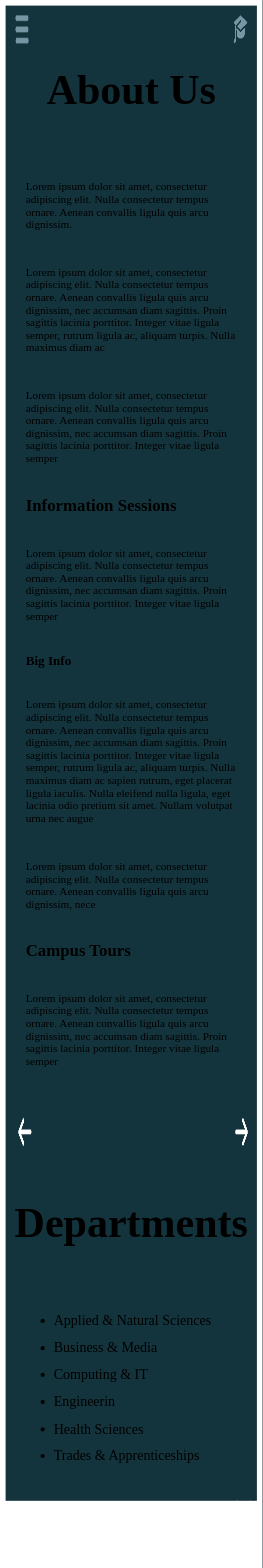
Repository: sierralaurent/MDIA2109-Assignment01
Page: /about
An editor plug-in stored every save of this project. The page is shown before and after the next save, followed by the edit.
The browser window is 375 px wide. The pictures show the part of the page from y = 0 to 2240 px (the page is 2242 px tall before and 3008 px after), at 70% of full size.
The project was rebuilt for these pictures with package versions that can differ from the ones it lists, and the page was loaded fresh each time. The framework's server and built-in components were replaced by stand-ins that run in the browser. Also part of the build but not shown: next.config.js.

Above is the page before, as saved 2023-02-05 12:15:51.

### pages/about.js
import Head from 'next/head'
import Image from 'next/image'
import { Inter } from '@next/font/google'
import styles from '@/styles/About.module.css'
import Link from 'next/link'


export default function About() {
    return (
        <>
        <Head>
        <title>About Us</title>
        <meta name="author" content="MDIA 2109" />
        <meta property="og:title" content="Assignment #1 - About Us Page" />
        <meta property="og:description" content="BCIT Digital Design and Development Diploma" />
        <link rel="icon" href="/favicon.png" />
      </Head>
      <main className={styles.mainABOUT}>
      <div className={styles.nav}>
            <img src="icons/menu-icon.png" className={styles.icon1}/>
            <img src="icons/graduation-hat.png" className={styles.icon2}/>
          </div>
        <div className={styles.About}>
        <h1>About Us</h1>
        </div>
        <div className={styles.infodiv}>
        <div className={styles.info}>
        <p>Lorem ipsum dolor sit amet, consectetur adipiscing elit. Nulla consectetur tempus ornare. Aenean convallis ligula quis arcu dignissim.</p>
        <p>Lorem ipsum dolor sit amet, consectetur adipiscing elit. Nulla consectetur tempus ornare. Aenean convallis ligula quis arcu dignissim, nec accumsan diam sagittis. Proin sagittis lacinia porttitor. Integer vitae ligula semper, rutrum ligula ac, aliquam turpis. Nulla maximus diam ac</p>
        <p>Lorem ipsum dolor sit amet, consectetur adipiscing elit. Nulla consectetur tempus ornare. Aenean convallis ligula quis arcu dignissim, nec accumsan diam sagittis. Proin sagittis lacinia porttitor. Integer vitae ligula semper</p>
        <h2>Information Sessions</h2>
        <p>Lorem ipsum dolor sit amet, consectetur adipiscing elit. Nulla consectetur tempus ornare. Aenean convallis ligula quis arcu dignissim, nec accumsan diam sagittis. Proin sagittis lacinia porttitor. Integer vitae ligula semper</p>
        <h3>Big Info</h3>
        <p>Lorem ipsum dolor sit amet, consectetur adipiscing elit. Nulla consectetur tempus ornare. Aenean convallis ligula quis arcu dignissim, nec accumsan diam sagittis. Proin sagittis lacinia porttitor. Integer vitae ligula semper, rutrum ligula ac, aliquam turpis. Nulla maximus diam ac sapien rutrum, eget placerat ligula iaculis. Nulla eleifend nulla ligula, eget lacinia odio pretium sit amet. Nullam volutpat urna nec augue</p>
        <p>Lorem ipsum dolor sit amet, consectetur adipiscing elit. Nulla consectetur tempus ornare. Aenean convallis ligula quis arcu dignissim, nece</p>
        <h2>Campus Tours</h2>
        <p>Lorem ipsum dolor sit amet, consectetur adipiscing elit. Nulla consectetur tempus ornare. Aenean convallis ligula quis arcu dignissim, nec accumsan diam sagittis. Proin sagittis lacinia porttitor. Integer vitae ligula semper</p>
        </div>
        <div className={styles.arrows}>
        <img src="/icons/leftArrow.png" alt="leftArrow" className={styles.icon2}></img>
        <img src="/icons/rightArrow.png" alt="rightArrow" className={styles.icon2}></img>
        </div>
          <div  className={styles.About}>
          <h1>Departments</h1>
          </div>
          <div className={styles.infodiv}>
          <div className={styles.info}>
        <ul>
            <li>Applied & Natural Sciences</li>
            <li>Business & Media</li>
            <li>Computing & IT</li>
            <li>Engineerin</li>
            <li>Health Sciences</li>
            <li>Trades & Apprenticeships</li>
        </ul>
        </div>
          </div>
        </div>
        <div className={styles.arrowsbottom}>
            <a href="/contact">
              <span>
              <img src="icons/upwardArrow.png" className={styles.icon3}/>
              <img src="icons/downwardArrow.png" className={styles.icon3}/>
              </span>
            </a>
          </div>
      </main>
        </>

    )
  }

### styles/About.module.css
.mainABOUT {
    background-color: #14343d;
  }

  .nav {
    padding: 4%;
  }

  .icon1 {
    width: 5vw;
    height: 5vh;
    float: left;
  }

  .icon2 {
    width: 5vw;
    height: 5vh;
    float: right;
  }

  .About {
    display: flex;
    justify-content: center;
    padding-top: 5%;
    font-size: 30px;
  }

  .infodiv {
    display: flex;
    flex-direction: column;
    justify-content: left;
  }

  .info p {
    padding-top: 3%;
    padding-bottom: 3%;
    font-size: 16px;
  }

  .info li {
    padding-top: 3%;
    padding-bottom: 3%;
    font-size: 20px;
  }
  .info {
    display: flex;
    flex-direction: column;
    justify-content: left;
    padding: 8%;
  }

  .arrows {
    display: flex;
    flex-direction: row;
    gap: 90%;
    padding: 5%;
  }

  .arrowsbottom {
    display: flex;
    flex-direction: row;
    float: right;
    padding-bottom: 15%;
  }
  .icon3 {
    flex-direction: row;
    width: 5vw;
    height: 5vh;
  }


/* Desktop */
@media only screen and (min-width: 1000px) {

}


/* Tablet or iPad Air */
@media only screen and (min-width: 600px) and (max-width: 999px ) {

.infodiv {
  padding: 15%;
}

}

/* Mobile or iPhone XR */
@media only screen and (min-width: 300px) and (max-width: 599px ) {

.infodiv {
  pad: 30%;
}

}

Loaded but not shown: pages/_document.js (common file); pages/api/hello.js (common file)

After the next save:
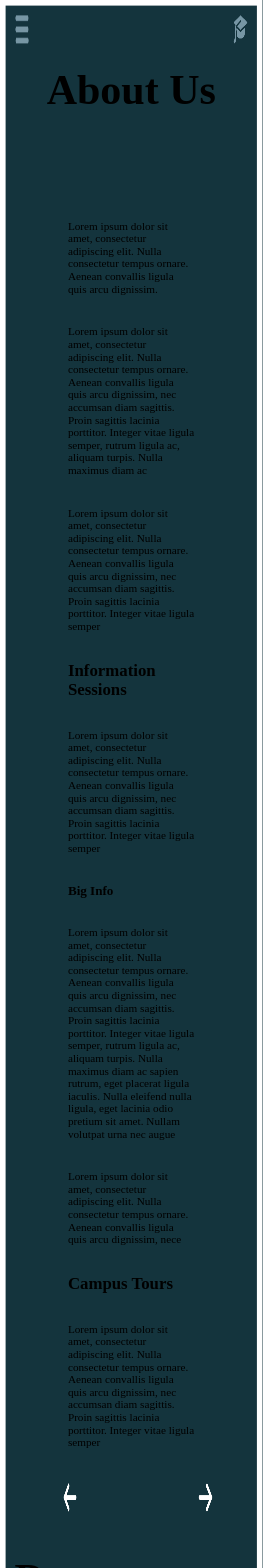
Saved 75 s later.
--- a/styles/About.module.css
+++ b/styles/About.module.css
@@ -88,7 +88,7 @@
 @media only screen and (min-width: 300px) and (max-width: 599px ) {
 
 .infodiv {
-  pad: 30%;
+  padding: 20%;
 }
 
 }
